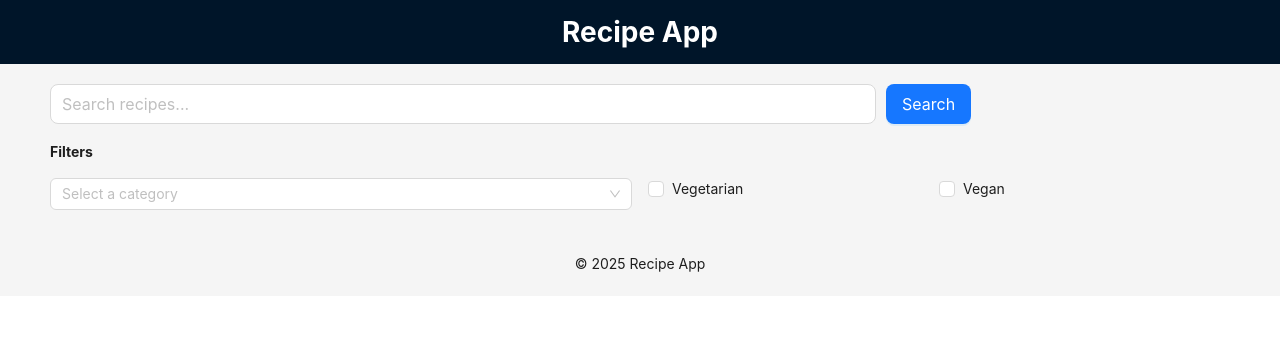
Repository: LearnTek-In-Private-Limited/recipie-era-premier
Page: /
These files come from the project's save history. The page is drawn as it stood at one moment and after a run of saves; the edit follows.
The browser window is 1280 px wide. The pictures show the whole page.
The page's requests for data from a server got no answer. The project was rebuilt for these pictures with package versions that can differ from the ones it lists, and the page was loaded fresh each time. No one was signed in, and anything a server would have sent is missing.

Above is the page before, as saved 2025-01-25 19:51:44.

After the next 2 saves:
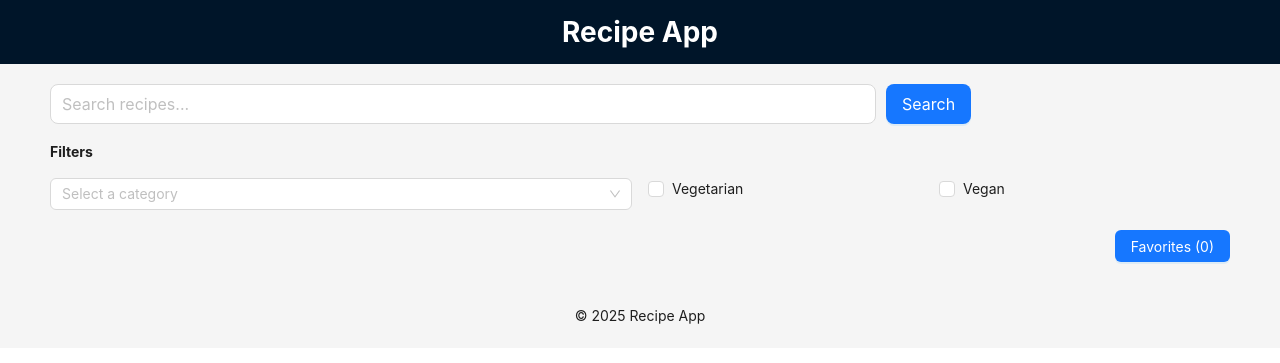
The 2 saves are shown as one change because they came seconds apart.
The last was saved 9 s later.
--- a/src/App.js
+++ b/src/App.js
@@ -22,6 +22,8 @@
             <Col span={24}>
               <SearchBar />
               <FilterOptions />
+                  {/* Favorites Button */}
+          <FavoritesButton />
             </Col>
           </Row>
 

After the save that followed:
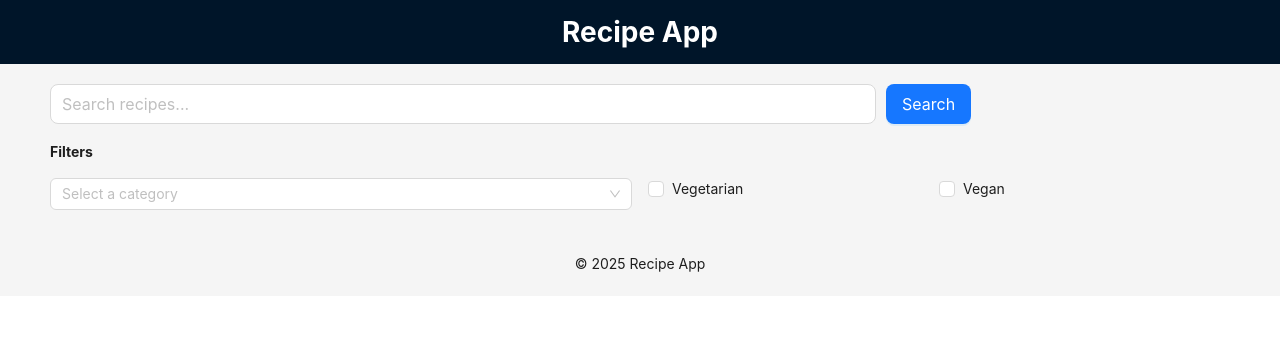
Saved 2 min 1 s later.
--- a/src/App.js
+++ b/src/App.js
@@ -23,7 +23,7 @@
               <SearchBar />
               <FilterOptions />
                   {/* Favorites Button */}
-          <FavoritesButton />
+          <class FavoritesButton />
             </Col>
           </Row>
 
